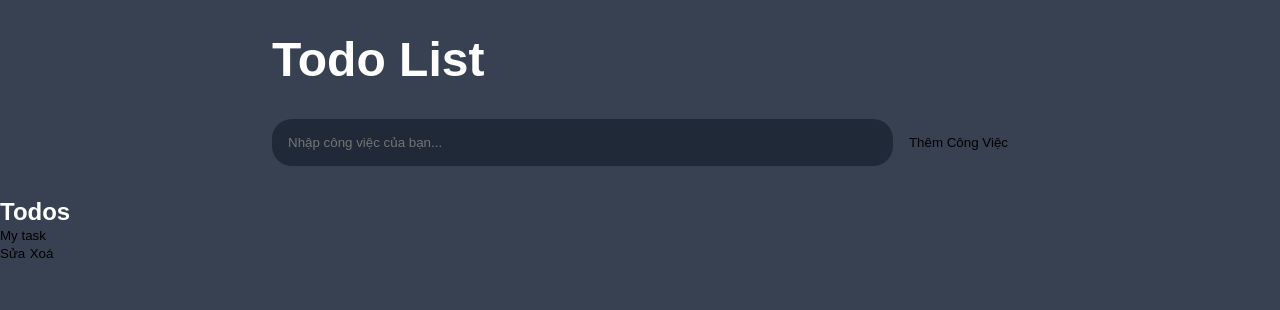
Repository: ntheanh/Todo-List
Page: index.html
The author's editor kept a copy of each file at every save. The page is drawn from the files as they stood at one save, then again after the next save.
The browser window is 1280 px wide. The pictures show the whole page.
The style sheet was rebuilt from its Sass, Less or Tailwind sources for each picture, by a compiler version that may differ from the author's.

Above is the page before, as saved 2023-03-15 22:40:54.

After the next save:
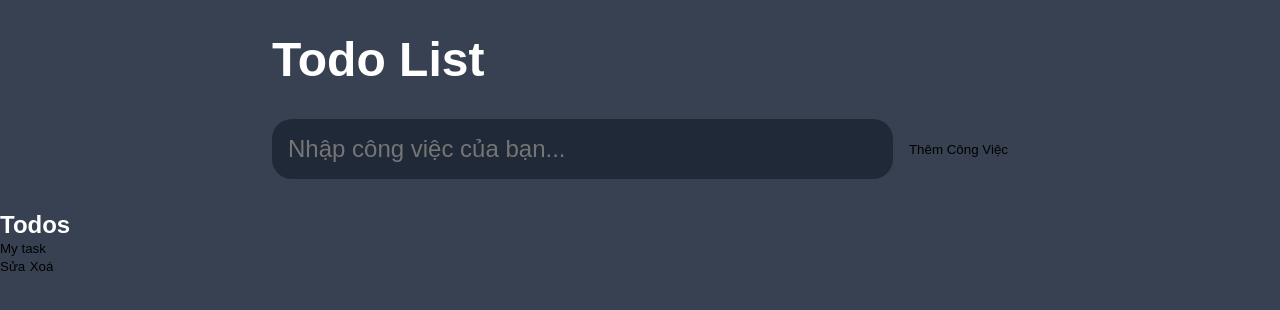
Saved 14 s later.
--- a/style.scss
+++ b/style.scss
@@ -53,4 +53,5 @@ button {
   border-radius: 1.25rem;
   margin-right: 1rem;
   color: var(--light);
+  font-size: 1.5rem;
 }
